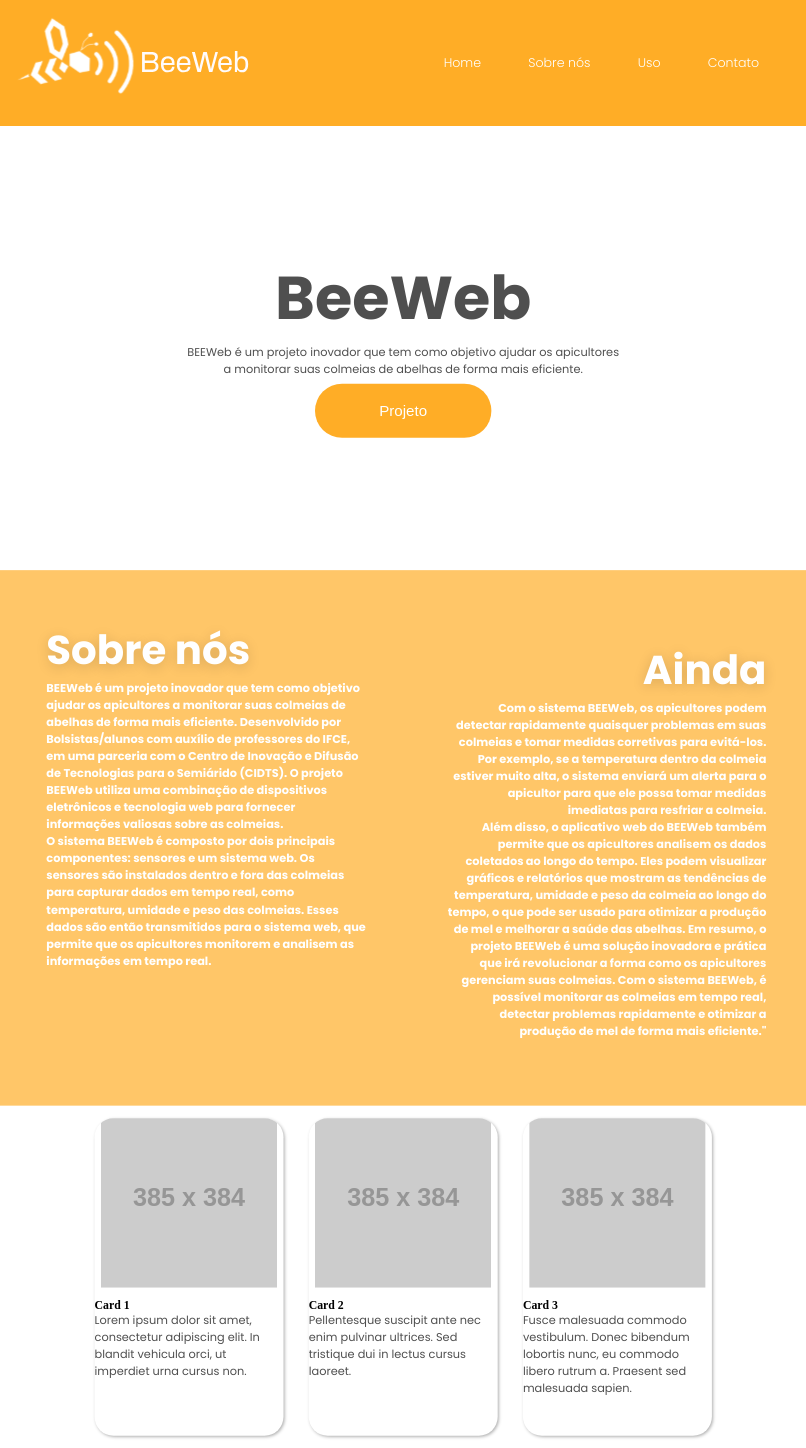
Repository: CCG-web/beeweb
Page: /
An editor plug-in stored every save of this project. The page is shown before and after the next save, followed by the edit.
The browser window is 1280 px wide. The pictures show the whole page, at 63% of full size.
The project was rebuilt for these pictures with package versions that can differ from the ones it lists, and the page was loaded fresh each time.

Above is the page before, as saved 2023-05-04 13:53:01.

After the next save:
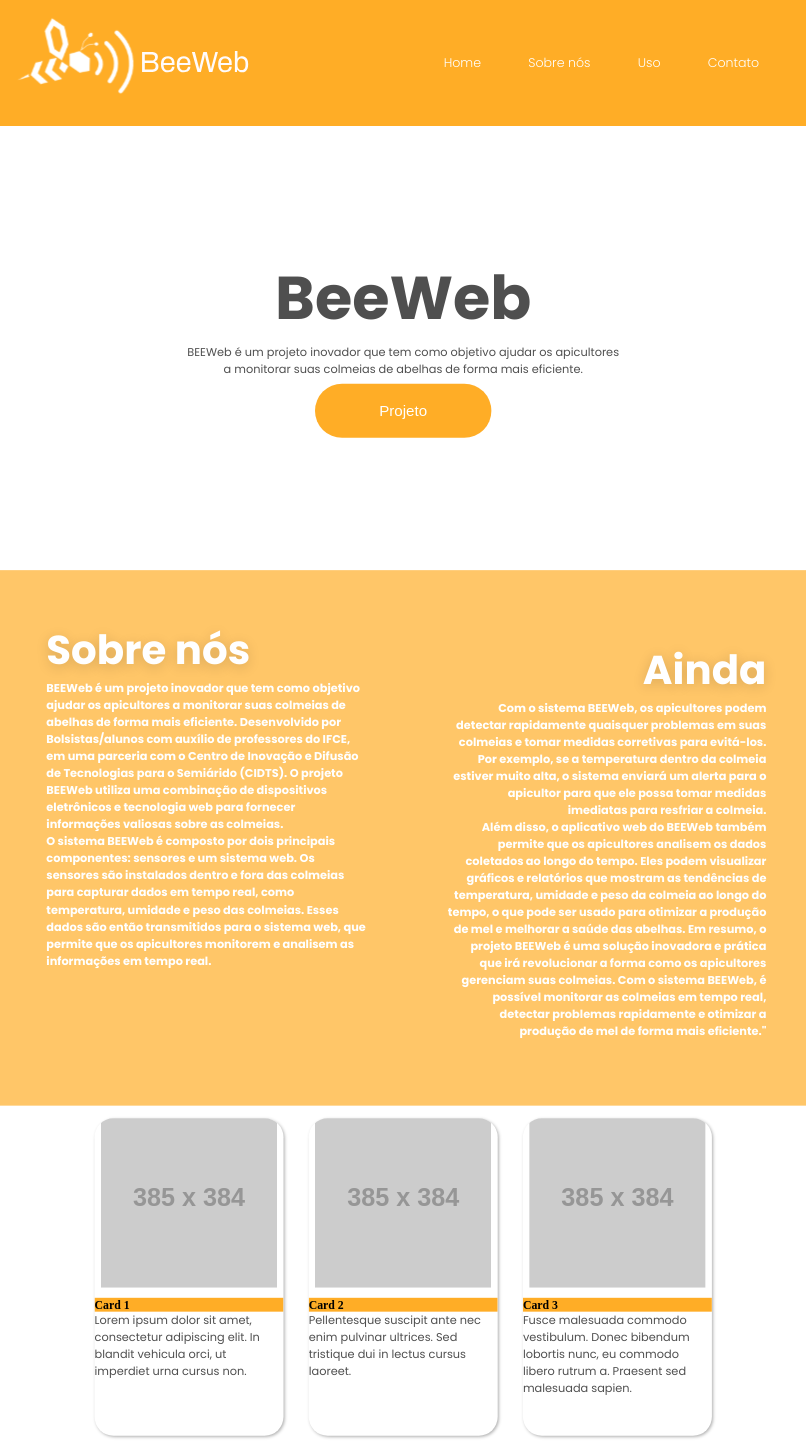
Saved 4 min 42 s later.
--- a/src/components/Cards.css
+++ b/src/components/Cards.css
@@ -22,6 +22,10 @@
   transform: scale(1.05);
   z-index: 1;
   box-shadow: 2px 2px 10px rgba(0, 0, 0, 0.5);
+}
+h3 {
+  margin-top: 95%;
+  background-color:#FFAD26 ;
 }
 
 .card:hover:after {
@@ -63,9 +67,6 @@
 
 } */
 
-h3 {
-  margin-top: 95%;
-}
 
 
 

After the save that followed:
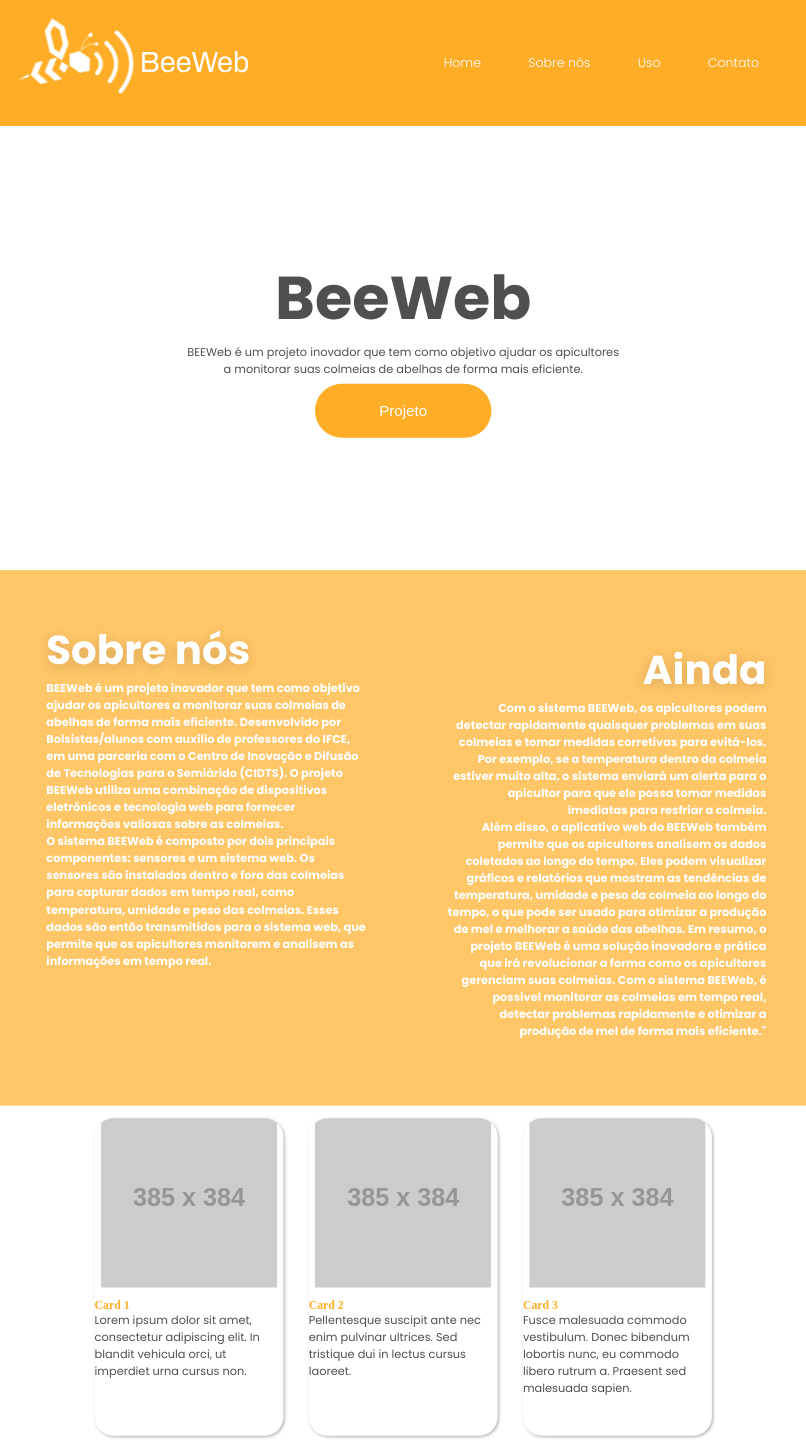
Saved 15 s later.
--- a/src/components/Cards.css
+++ b/src/components/Cards.css
@@ -25,7 +25,7 @@
 }
 h3 {
   margin-top: 95%;
-  background-color:#FFAD26 ;
+  color:#FFAD26;
 }
 
 .card:hover:after {
